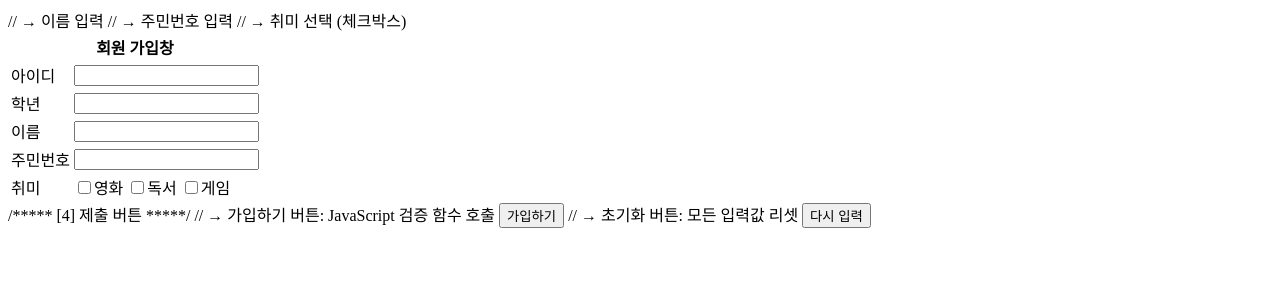
Repository: jrkim-kr/java-web-development
Page: http://localhost/test/WEB-INF/views/student/write.jsp
These files come from the project's save history. The page is drawn as it stood at one moment and after the next save; the edit follows.
The browser window is 1280 px wide. The pictures show the whole page.
The page is served by Tomcat 9. Nobody is signed in. Other server files are loaded and not shown. The template is opened directly, without the code that normally fills it, so the values that code supplies are empty.

Above is the page before, as saved 2024-12-03 07:35:55.

### workspace_sts/test/src/main/webapp/WEB-INF/views/student/write.jsp
<!-- ================================================
* [2] write.jsp (학생 등록 폼)
*================================================ -->

<!-- [1] JSP 기본 설정 -->
<%@ page language="java" contentType="text/html; charset=UTF-8" pageEncoding="UTF-8"%>
<!-- → 한글 처리를 위한 UTF-8 인코딩 설정 -->

<!-- [2] JavaScript 폼 검증 함수 -->
<script>
   function fn_sendMember() {
       // → 폼 객체와 입력값 가져오기
       var frmMember = document.frmMember;
       var id = frmMember.id.value;
       var name = frmMember.name.value;

       // → 아이디 필수 입력 검사
       if (id.trim() == '') {
           alert('아이디는 필수입니다.');
           document.querySelector("input[name='id']").focus();
           return;
       }

       // → 이름 필수 입력 검사
       if (name.length == 0 || name == '') {
           alert('이름은 필수입니다.');
           return;
       }

       // → 검증 통과 시 폼 제출
       frmMember.method = 'post';         // POST 방식 설정
       frmMember.action = 'regist.do';    // 제출할 URL 설정
       frmMember.submit();                // 폼 제출
   }
</script>

<body>
<!-- [3] HTML 폼 구조 -->
<form name="frmMember">
   <table>
       <!-- → 테이블 헤더 -->
       <tr><th colspan="2">회원 가입창</th></tr>

       <!-- → 아이디 입력 -->
       <tr>
           <td>아이디</td>
           <td><input type="text" name="id"></td>
       </tr>

       <!-- → 학년 입력 -->
       <tr>
           <td>학년</td>
           <td><input type="text" name="grade"></td>
       </tr>

       // → 이름 입력
       <tr>
           <td>이름</td>
           <td><input type="text" name="name"></td>
       </tr>

       // → 주민번호 입력
       <tr>
           <td>주민번호</td>
           <td><input type="text" name="jumin"></td>
       </tr>

       // → 취미 선택 (체크박스)
       <tr>
           <td>취미</td>
           <td>
               <input type="checkbox" name="hobbyName" value="영화">영화
               <input type="checkbox" name="hobbyName" value="독서">독서
               <input type="checkbox" name="hobbyName" value="게임">게임
           </td>
       </tr>
   </table>

   /***** [4] 제출 버튼 *****/
   // → 가입하기 버튼: JavaScript 검증 함수 호출
   <input type="button" value="가입하기" onclick="fn_sendMember()">
   // → 초기화 버튼: 모든 입력값 리셋
   <input type="reset" value="다시 입력">
</form>
</body>

After the next save:
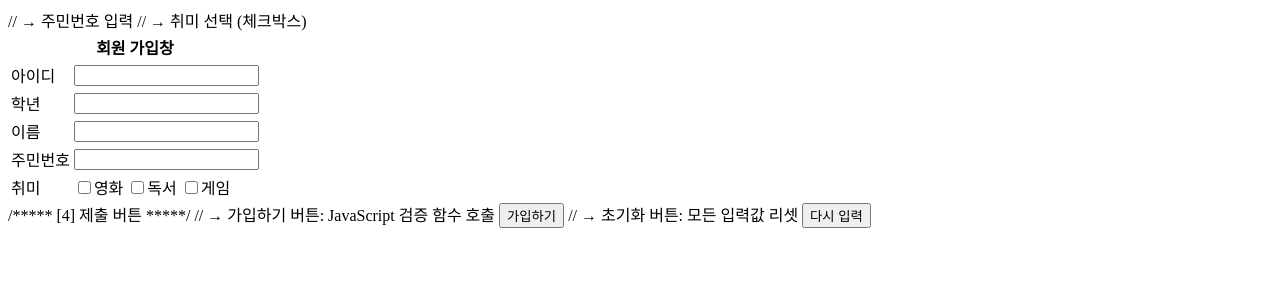
Saved 8 s later.
--- a/workspace_sts/test/src/main/webapp/WEB-INF/views/student/write.jsp
+++ b/workspace_sts/test/src/main/webapp/WEB-INF/views/student/write.jsp
@@ -53,7 +53,7 @@
            <td><input type="text" name="grade"></td>
        </tr>
 
-       // → 이름 입력
+       <!-- → 이름 입력 -->
        <tr>
            <td>이름</td>
            <td><input type="text" name="name"></td>
